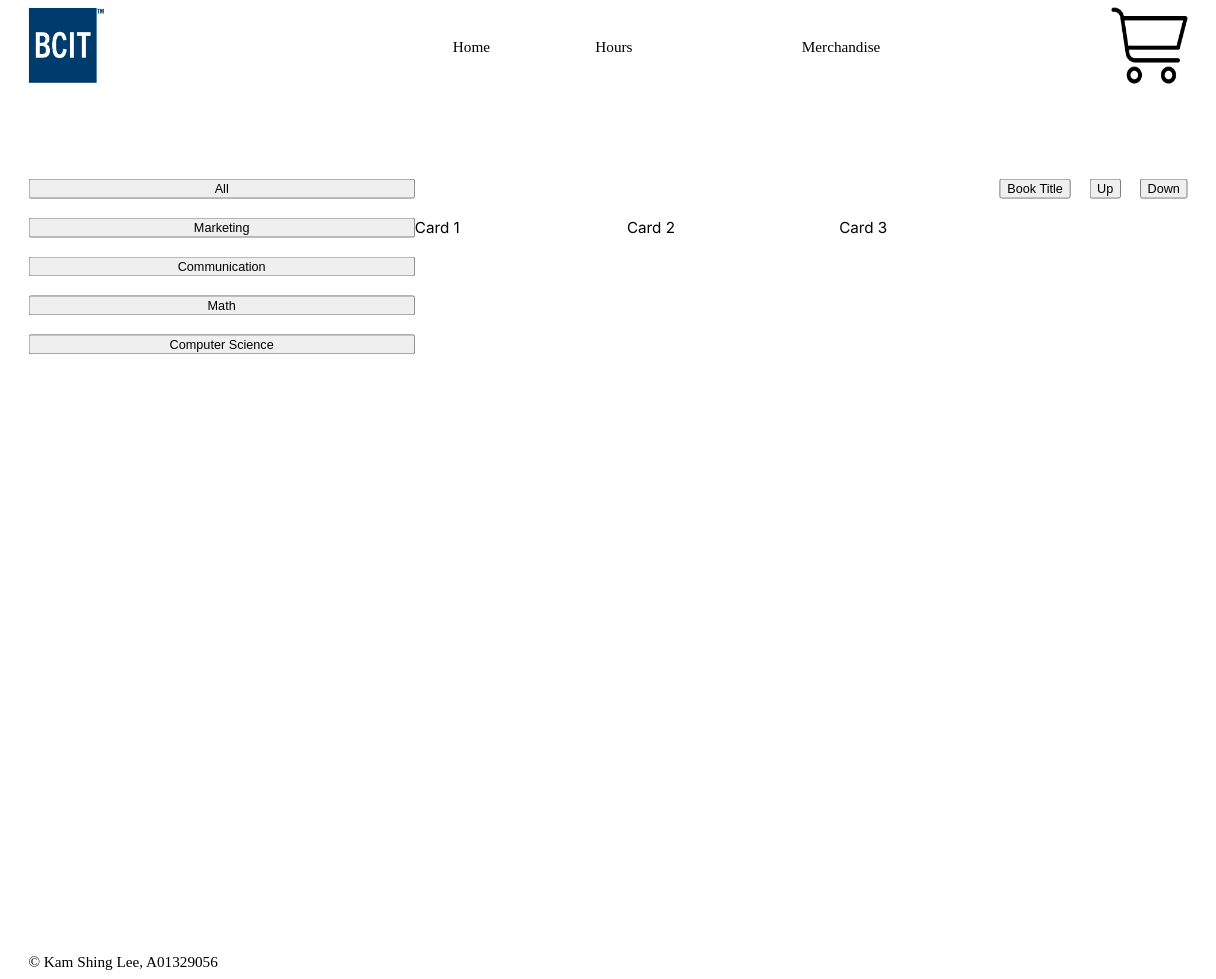
Repository: klee616/assessment3
Page: /
These files come from the project's save history. The page is drawn as it stood at one moment and after the next save; the edit follows.
The browser window is 1280 px wide. The pictures show the whole page, at 95% of full size.
The project was rebuilt for these pictures with package versions that can differ from the ones it lists, and the page was loaded fresh each time. The framework's server and built-in components were replaced by stand-ins that run in the browser. Also part of the build but not shown: next.config.mjs.

Above is the page before, as saved 2024-02-06 01:21:56.

### pages/index.js
import Head from "next/head";
import { Inter } from "next/font/google";
import styles from "@/styles/Home.module.css";
import layout from "@/styles/layout.module.css"
import Header from "@/components/Header";
import Footer from "@/components/Footer";
import Button from "@/components/Button";
import { useState } from "react";
import books from "@/data/books.json"

const inter = Inter({ subsets: ["latin"] });

export default function Home() {
  const [data, setItem] = useState([...books]);
  console.log(data);

  let categorys = data.map(book => book.category);

   categorys = categorys.filter((value, index) => categorys.indexOf(value) === index);

  console.log(categorys);
  return (
    <>
      <Head>
        <title>BCIT Book Store</title>
        <meta name="description" content="All online pick-up orders are available at the Burnaby Campus Bookstore (SE2). Please allow 2-3 business days for order processing." />
        <meta name="viewport" content="width=device-width, initial-scale=1" />
        <link rel="icon" href="/favicon.ico" />
      </Head>

      <Header />
      <main className={`${styles.main} ${inter.className}`}>
        <div className={`${layout['row']}`}>
          <div className={`${layout['col-lg-4']} ${layout['col-md-4']} ${layout['col-lg-4']}}`}>
            <div className={styles['aside-containera']}>
              <button>All</button>
              {
                categorys && categorys.map((cate, index)=>{
                  return (
                    <>
                    <button>{cate}</button>
                    </>
                  )
                })
              }
            </div>
          </div>
          <div className={`${layout['col-lg-8']} ${layout['col-md-8']} ${layout['col-lg-8']}}`}>
            <div className={styles['main-content-containera']}>
              <div className={styles['top-menu']}>
                <Button name="Book Title" />
                <Button name="Up" />
                <Button name="Down" />
              </div>
              <div className={`${layout['col-lg-3']} ${layout['col-md-3']} ${layout['col-lg-3']}}`}>
                Card 1
              </div>
              <div className={`${layout['col-lg-3']} ${layout['col-md-3']} ${layout['col-lg-3']}}`}>
                Card 2
              </div>
              <div className={`${layout['col-lg-3']} ${layout['col-md-3']} ${layout['col-lg-3']}}`}>
                Card 3
              </div>
            </div>
          </div>
        </div>
      </main>
      <Footer />
    </>
  );
}

### styles/globals.css
:root {
  --background-color: #fff;
  --highlight: #FFF400;
  --blue: #003C71;
  --white-text: #fff;
  --product-background: rgb(245, 245, 245);
}

a{
  color: inherit;
  text-decoration: none;
}

### styles/Home.module.css
.main {
  display: flex;
  flex-direction: column;
  justify-content: space-between;
  align-items: center;
  padding: 6rem;
  min-height: 100vh;
}
.aside-containera{
  display: flex;
  flex-direction: column;
  flex-wrap: nowrap;
  row-gap: 20px;
}

.main-content-containera{
  display: flex;
  flex-direction: row;
  flex-wrap: wrap;
  gap:20px;
}
.top-menu{
  display: flex;
  flex-direction: row;
  flex-wrap: nowrap;
  justify-content: right;
  column-gap: 20px;
  width: 100%;

}

### styles/layout.module.css

.row {
    display: flex;
    flex-direction: row;
    flex-wrap: wrap;
    justify-content: left;
    align-items: stretch;
  }

  .col-lg-12, .col-md-12, .col-sm-12{
      flex: 0 0 12;
      width: calc(100% / 12 * 12);
  }

  .col-lg-11, .col-md-11, .col-sm-11{
      flex: 0 0 11;
      width: calc(100% / 12 * 11);
  }

  .col-lg-10, .col-md-10, .col-sm-10{
      flex: 0 0 10;
      width: calc(100% / 12 * 10);
  }

  .col-lg-9, .col-md-9, .col-sm-9{
      flex: 0 0 9;
      width: calc(100% / 12 * 9);
  }

  .col-lg-8, .col-md-8, .col-sm-8{
      flex: 0 0 8;
      width: calc(100% / 12 * 8);
  }

  .col-lg-7, .col-md-7, .col-sm-7{
      flex: 0 0 7;
      width: calc(100% / 12 * 7);
  }

  .col-lg-6, .col-md-6, .col-sm-6{
      flex: 0 0 6;
      width: calc(100% / 12 * 6);
  }

  .col-lg-5, .col-md-5, .col-sm-5{
      flex: 0 0 5;
      width: calc(100% / 12 * 5);
  }

  .col-lg-4, .col-md-4, .col-sm-4{
      flex: 0 0 4;
      width: calc(100% / 12 * 4);
  }

  .col-lg-3, .col-md-3, .col-sm-3{
      flex: 0 0 3;
      width: calc(100% / 12 * 3);
  }

  .col-lg-2, .col-md-2, .col-sm-2{
      flex: 0 0 2;
      width: calc(100% / 12 * 2);
  }

  .col-lg-1, .col-md-1, .col-sm-1{
      flex: 0 0 1;
      width: calc(100% / 12 * 1);
  }

  .text-align-right{
    text-align: right;
  }

  @media (min-width: 1221px ) {
    /* lg*/

    .row {
      max-width: 1220px;
      width: 100vw;
    }

    .row-wider{
      width: 992px;
    }


    .col-lg-12 {
      flex: 0 0 12;
      width: calc(100% / 12 * 12);
    }

    .col-lg-11 {
      flex: 0 0 11;
      width: calc(100% / 12 * 12);
    }

    .col-lg-10 {
      flex: 0 0 10;
      width: calc(100% / 12 * 10);
    }

    .col-lg-9 {
      flex: 0 0 9;
      width: calc(100% / 12 * 9);
    }

    .col-lg-8 {
      flex: 0 0 8;
      width: calc(100% / 12 * 8);
    }

    .col-lg-7 {
      flex: 0 0 7;
      width: calc(100% / 12 * 7);
    }

    .col-lg-6 {
      flex: 0 0 6;
      width: calc(100% / 12 * 6);
    }

    .col-lg-5 {
      flex: 0 0 5;
      width: calc(100% / 12 * 5);
    }

    .col-lg-4 {
      flex: 0 0 4;
      width: calc(100% / 12 * 4);
    }

    .col-lg-3 {
      flex: 0 0 3;
      width: calc(100% / 12 * 3);
    }

    .col-lg-2 {
      flex: 0 0 2;
      width: calc(100% / 12 * 2);
    }

    .col-lg-1 {
      flex: 0 0 1;
      width: calc(100% / 12 * 1);
    }

    .lg-hidden{
      display: none;;
    }
  }


  @media (max-width:1220px) and (min-width:701px) {
    /* md*/

    .row {
        max-width: 1440px;
        width: 100vw;

    }



    .col-md-12 {
      flex: 0 0 12;
      width: calc(100% / 12 * 12);
    }

    .col-md-11 {
      flex: 0 0 11;
      width: calc(100% / 12 * 12);
    }

    .col-md-10 {
      flex: 0 0 10;
      width: calc(100% / 12 * 10);
    }

    .col-md-9 {
      flex: 0 0 9;
      width: calc(100% / 12 * 9);
    }

    .col-md-8 {
      flex: 0 0 8;
      width: calc(100% / 12 * 8);
    }

    .col-md-7 {
      flex: 0 0 7;
      width: calc(100% / 12 * 7);
    }

    .col-md-6 {
      flex: 0 0 6;
      width: calc(100% / 12 * 6);
    }

    .col-md-5 {
      flex: 0 0 5;
      width: calc(100% / 12 * 5);
    }

    .col-md-4 {
      flex: 0 0 4;
      width: calc(100% / 12 * 4);
    }

    .col-md-3 {
      flex: 0 0 3;
      width: calc(100% / 12 * 3);
    }

    .col-md-2 {
      flex: 0 0 2;
      width: calc(100% / 12 * 2);
    }

    .col-md-1 {
      flex: 0 0 1;
      width: calc(100% / 12 * 1);
    }


    .md-hidden{
      display: none;;
    }
  }


  @media (max-width:700px) {
    /* sm*/

    .row {
        max-width: 640;
        width: 100vw;

    }


    .col-sm-12 {
      flex: 0 0 12;
      width: calc(100% / 12 * 12);
    }

    .col-sm-11 {
      flex: 0 0 11;
      width: calc(100% / 12 * 12);
    }

    .col-sm-10 {
      flex: 0 0 10;
      width: calc(100% / 12 * 10);
    }

    .col-sm-9 {
      flex: 0 0 9;
      width: calc(100% / 12 * 9);
    }

    .col-sm-8 {
      flex: 0 0 8;
      width: calc(100% / 12 * 8);
    }

    .col-sm-7 {
      flex: 0 0 7;
      width: calc(100% / 12 * 7);
    }

    .col-sm-6 {
      flex: 0 0 6;
      width: calc(100% / 12 * 6);
    }

    .col-sm-5 {
      flex: 0 0 5;
      width: calc(100% / 12 * 5);
    }

    .col-sm-4 {
      flex: 0 0 4;
      width: calc(100% / 12 * 4);
    }

    .col-sm-3 {
      flex: 0 0 3;
      width: calc(100% / 12 * 3);
    }

    .col-sm-2 {
      flex: 0 0 2;
      width: calc(100% / 12 * 2);
    }

    .col-sm-1 {
      flex: 0 0 1;
      width: calc(100% / 12 * 1);
    }

    .sm-hidden{
      display: none;
    }
  }

### components/Header/index.js
import styles from './Header.module.css'
import layout from '@/styles/Layout.module.css'
import Image from 'next/image'
import Link from 'next/link'

export default function Header() {
    return (
        <>
            <header className={`${styles['page-header']}`}>
                <div className={`${layout.row}`}>
                    <div className={`${layout['col-lg-4']} ${layout['col-md-4']} ${layout['col-sm-4']}`}>
                        <Image
                            src="/images/bcit_logo.png"
                            width={80}
                            height={80} />
                    </div>
                    <div className={`${layout['col-lg-8']} ${layout['col-md-8']} ${layout['col-sm-8']}`}>
                        <div className={styles['menu-container']}>
                            <ul className={styles['menu-list']}>
                                <li className={styles['menu-item']}>
                                    <Link href='/'>Home</Link>
                                </li>
                                <li className={styles['menu-item']}>
                                    <Link href='/'>Hours</Link>
                                </li>
                                <li className={styles['menu-item']}>
                                    <Link href='/'>Merchandise</Link>
                                </li>
                            </ul>

                            <Link href='/'>
                                <Image
                                    src="/images/shopping.png"
                                    width={80}
                                    height={80} />
                            </Link>
                        </div>
                    </div>
                </div>
            </header>
        </>
    )
}

### components/Footer/index.js
import styles from './Footer.module.css'
import layout from '@/styles/Layout.module.css'

export default function Footer(){
    return (
        <>
        <footer className={styles['page-footer']}>
            <div className={`${layout['row']}`}>
<div className={`${layout['col-lg-12']} ${layout['col-md-12']} ${layout['col-sm-12']}`}>
    &copy; Kam Shing Lee, A01329056
</div>
</div>
        </footer>
        </>
    )
}

### components/Button/index.js
import styles from './Button.module.css'

export default function Button(
   { name='Button'}
){
    return (
        <>
        <button>{name}</button>
        </>
    )
}

### data/books.json
[
    {
        "course": "MKTG 1102",
        "title": "Marketing: The Core",
        "authors": [
            "Roger Kerin",
            "Steven Hartley",
            "Arsenio Bonifacio",
            "Donna Dumont",
            "Carol Bureau"
        ],
        "edition": 6,
        "image": "marketing-the-core.jpg",
        "category": "Marketing"
    },
    {
        "course": "COMM 1120",
        "title": "Business Communication Essentials",
        "authors": [
            "Courtland Bovee",
            "John Thill"
        ],
        "edition": 5,
        "image": "business-communication-essentials.jpg",
        "category": "Communication"
    },
    {
        "course": "COMM 2003",
        "title": "The Bare Essentials",
        "authors": [
            "Sarah Norton",
            "Brian Green",
            "Greg Holditch"
        ],
        "edition": 10,
        "image": "the-bare-essentials.jpg",
        "category": "Communication"
    },
    {
        "course": "COMP 2121",
        "title": "Discrete Mathematics",
        "authors": [
            "Susanna Epp"
        ],
        "edition": 5,
        "image": "discrete-mathematics-with-applications.jpg",
        "category": "Math"
    },
    {
        "course": "COMP 2511",
        "title": "C How to Program",
        "authors": [
            "Paul Deitel",
            "Harvey Deitel"
        ],
        "edition": 9,
        "image": "c-how-to-program.png",
        "category": "Computer Science"
    },
    {
        "course": "MKTG 3304",
        "title": "International Marketing",
        "authors": [
            "Philip Cateora",
            "Bruce Money",
            "Mary Gilly",
            "John Graham"
        ],
        "edition": 19,
        "image": "international-marketing.jpg",
        "category": "Marketing"
    },
    {
        "course": "COMP 3603",
        "title": "C++: How To Program",
        "authors": [
            "Paul Deitel",
            "Harvey Deitel"
        ],
        "edition": 10,
        "image": "How-to-program.png",
        "category": "Computer Science"
    },
    {
        "course": "COMP 4985",
        "title": "Windows System Programming",
        "authors": [
            "Johnson Hart"
        ],
        "edition": 4,
        "image": "windows-system-programming.jpg",
        "category": "Computer Science"
    },
    {
        "course": "COMM 7005",
        "title": "Computer Networking",
        "authors": [
            "James Kurose",
            "Keith Ross"
        ],
        "edition": 8,
        "image": "computer-networking.jpg",
        "category": "Computer Science"
    }
]

### components/Header/Header.module.css
.page-header{
    display: flex;
    flex-direction: column;
    flex-wrap: nowrap;
    align-items: center;
    justify-content: center;
  }

.menu-container{
    display: flex;
    flex-direction: row;
    flex-wrap: nowrap;
    align-content: center;
    justify-content:space-between;
    align-items: center;
}

.menu-list{
    display: flex;
    flex-direction: row;
    flex-wrap: nowrap;
    align-content: center;
    justify-content:space-around;
    align-items: center;
    list-style: none;
}

.menu-list .menu-item{
    width: 150px;
    text-align: left;
}
.menu-list .menu-item:nth-last-child(1){
    text-align: right;
}
.menu-item a{
display: block;
width: 100%;
}

### styles/Layout.module.css

.row {
    display: flex;
    flex-direction: row;
    flex-wrap: wrap;
    justify-content: left;
    align-items: stretch;
  }

  .col-lg-12, .col-md-12, .col-sm-12{
      flex: 0 0 12;
      width: calc(100% / 12 * 12);
  }

  .col-lg-11, .col-md-11, .col-sm-11{
      flex: 0 0 11;
      width: calc(100% / 12 * 11);
  }

  .col-lg-10, .col-md-10, .col-sm-10{
      flex: 0 0 10;
      width: calc(100% / 12 * 10);
  }

  .col-lg-9, .col-md-9, .col-sm-9{
      flex: 0 0 9;
      width: calc(100% / 12 * 9);
  }

  .col-lg-8, .col-md-8, .col-sm-8{
      flex: 0 0 8;
      width: calc(100% / 12 * 8);
  }

  .col-lg-7, .col-md-7, .col-sm-7{
      flex: 0 0 7;
      width: calc(100% / 12 * 7);
  }

  .col-lg-6, .col-md-6, .col-sm-6{
      flex: 0 0 6;
      width: calc(100% / 12 * 6);
  }

  .col-lg-5, .col-md-5, .col-sm-5{
      flex: 0 0 5;
      width: calc(100% / 12 * 5);
  }

  .col-lg-4, .col-md-4, .col-sm-4{
      flex: 0 0 4;
      width: calc(100% / 12 * 4);
  }

  .col-lg-3, .col-md-3, .col-sm-3{
      flex: 0 0 3;
      width: calc(100% / 12 * 3);
  }

  .col-lg-2, .col-md-2, .col-sm-2{
      flex: 0 0 2;
      width: calc(100% / 12 * 2);
  }

  .col-lg-1, .col-md-1, .col-sm-1{
      flex: 0 0 1;
      width: calc(100% / 12 * 1);
  }

  .text-align-right{
    text-align: right;
  }

  @media (min-width: 1221px ) {
    /* lg*/

    .row {
      max-width: 1220px;
      width: 100vw;
    }

    .row-wider{
      width: 992px;
    }


    .col-lg-12 {
      flex: 0 0 12;
      width: calc(100% / 12 * 12);
    }

    .col-lg-11 {
      flex: 0 0 11;
      width: calc(100% / 12 * 12);
    }

    .col-lg-10 {
      flex: 0 0 10;
      width: calc(100% / 12 * 10);
    }

    .col-lg-9 {
      flex: 0 0 9;
      width: calc(100% / 12 * 9);
    }

    .col-lg-8 {
      flex: 0 0 8;
      width: calc(100% / 12 * 8);
    }

    .col-lg-7 {
      flex: 0 0 7;
      width: calc(100% / 12 * 7);
    }

    .col-lg-6 {
      flex: 0 0 6;
      width: calc(100% / 12 * 6);
    }

    .col-lg-5 {
      flex: 0 0 5;
      width: calc(100% / 12 * 5);
    }

    .col-lg-4 {
      flex: 0 0 4;
      width: calc(100% / 12 * 4);
    }

    .col-lg-3 {
      flex: 0 0 3;
      width: calc(100% / 12 * 3);
    }

    .col-lg-2 {
      flex: 0 0 2;
      width: calc(100% / 12 * 2);
    }

    .col-lg-1 {
      flex: 0 0 1;
      width: calc(100% / 12 * 1);
    }

    .lg-hidden{
      display: none;;
    }
  }


  @media (max-width:1220px) and (min-width:701px) {
    /* md*/

    .row {
        max-width: 1440px;
        width: 100vw;

    }



    .col-md-12 {
      flex: 0 0 12;
      width: calc(100% / 12 * 12);
    }

    .col-md-11 {
      flex: 0 0 11;
      width: calc(100% / 12 * 12);
    }

    .col-md-10 {
      flex: 0 0 10;
      width: calc(100% / 12 * 10);
    }

    .col-md-9 {
      flex: 0 0 9;
      width: calc(100% / 12 * 9);
    }

    .col-md-8 {
      flex: 0 0 8;
      width: calc(100% / 12 * 8);
    }

    .col-md-7 {
      flex: 0 0 7;
      width: calc(100% / 12 * 7);
    }

    .col-md-6 {
      flex: 0 0 6;
      width: calc(100% / 12 * 6);
    }

    .col-md-5 {
      flex: 0 0 5;
      width: calc(100% / 12 * 5);
    }

    .col-md-4 {
      flex: 0 0 4;
      width: calc(100% / 12 * 4);
    }

    .col-md-3 {
      flex: 0 0 3;
      width: calc(100% / 12 * 3);
    }

    .col-md-2 {
      flex: 0 0 2;
      width: calc(100% / 12 * 2);
    }

    .col-md-1 {
      flex: 0 0 1;
      width: calc(100% / 12 * 1);
    }


    .md-hidden{
      display: none;;
    }
  }


  @media (max-width:700px) {
    /* sm*/

    .row {
        max-width: 640;
        width: 100vw;

    }


    .col-sm-12 {
      flex: 0 0 12;
      width: calc(100% / 12 * 12);
    }

    .col-sm-11 {
      flex: 0 0 11;
      width: calc(100% / 12 * 12);
    }

    .col-sm-10 {
      flex: 0 0 10;
      width: calc(100% / 12 * 10);
    }

    .col-sm-9 {
      flex: 0 0 9;
      width: calc(100% / 12 * 9);
    }

    .col-sm-8 {
      flex: 0 0 8;
      width: calc(100% / 12 * 8);
    }

    .col-sm-7 {
      flex: 0 0 7;
      width: calc(100% / 12 * 7);
    }

    .col-sm-6 {
      flex: 0 0 6;
      width: calc(100% / 12 * 6);
    }

    .col-sm-5 {
      flex: 0 0 5;
      width: calc(100% / 12 * 5);
    }

    .col-sm-4 {
      flex: 0 0 4;
      width: calc(100% / 12 * 4);
    }

    .col-sm-3 {
      flex: 0 0 3;
      width: calc(100% / 12 * 3);
    }

    .col-sm-2 {
      flex: 0 0 2;
      width: calc(100% / 12 * 2);
    }

    .col-sm-1 {
      flex: 0 0 1;
      width: calc(100% / 12 * 1);
    }

    .sm-hidden{
      display: none;
    }
  }

### components/Footer/Footer.module.css
.page-footer{
    display: flex;
    flex-direction: column;
    flex-wrap: nowrap;
    align-items: center;
    justify-content: center;
}

Loaded but not shown: pages/_app.js (common file); pages/_document.js (common file); components/Button/Button.module.css (no stored copy; drawn as an empty file)

After the next save:
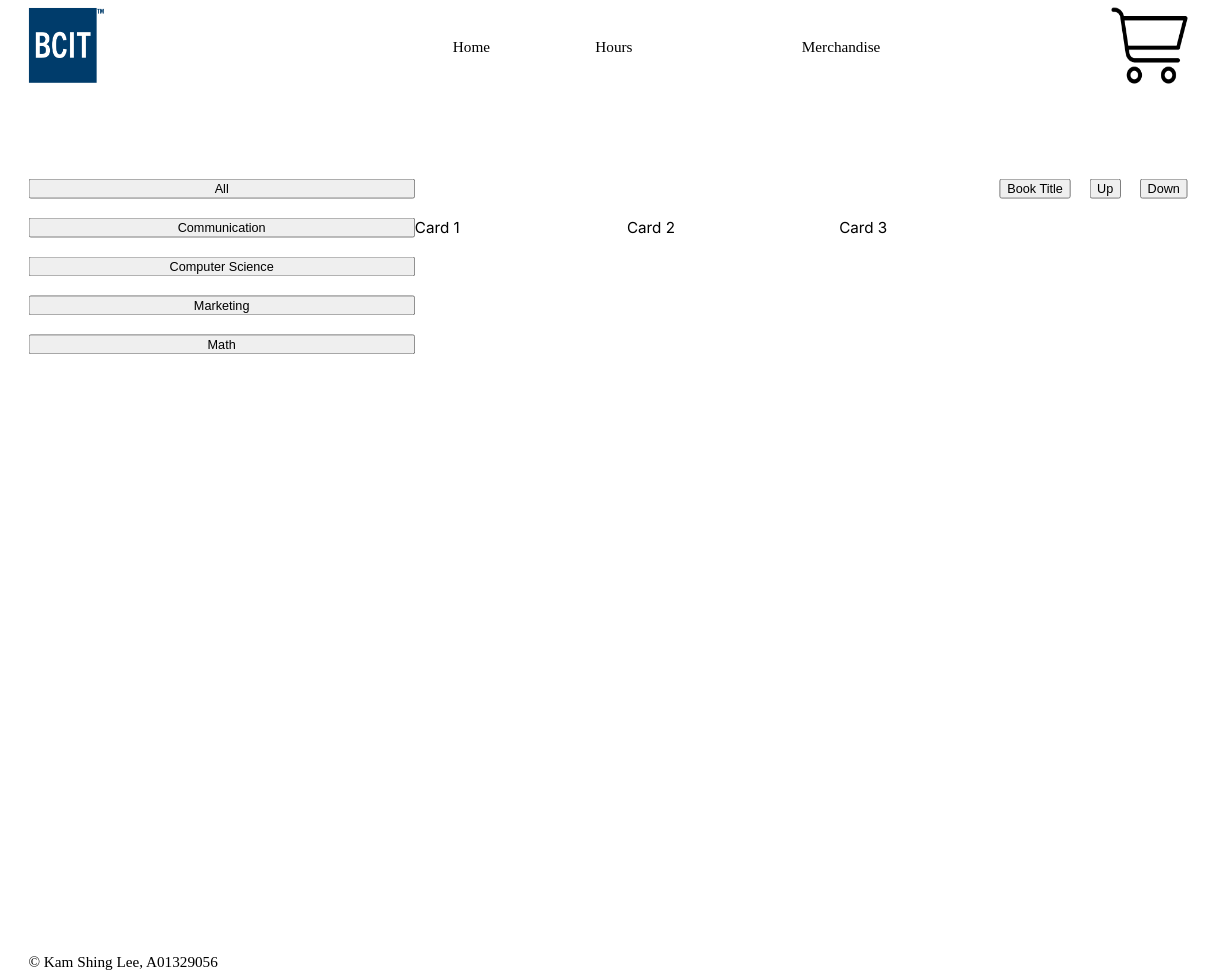
Saved 23 s later.
--- a/pages/index.js
+++ b/pages/index.js
@@ -17,7 +17,7 @@
   let categorys = data.map(book => book.category);
 
    categorys = categorys.filter((value, index) => categorys.indexOf(value) === index);
-
+   categorys.sort();
   console.log(categorys);
   return (
     <>
